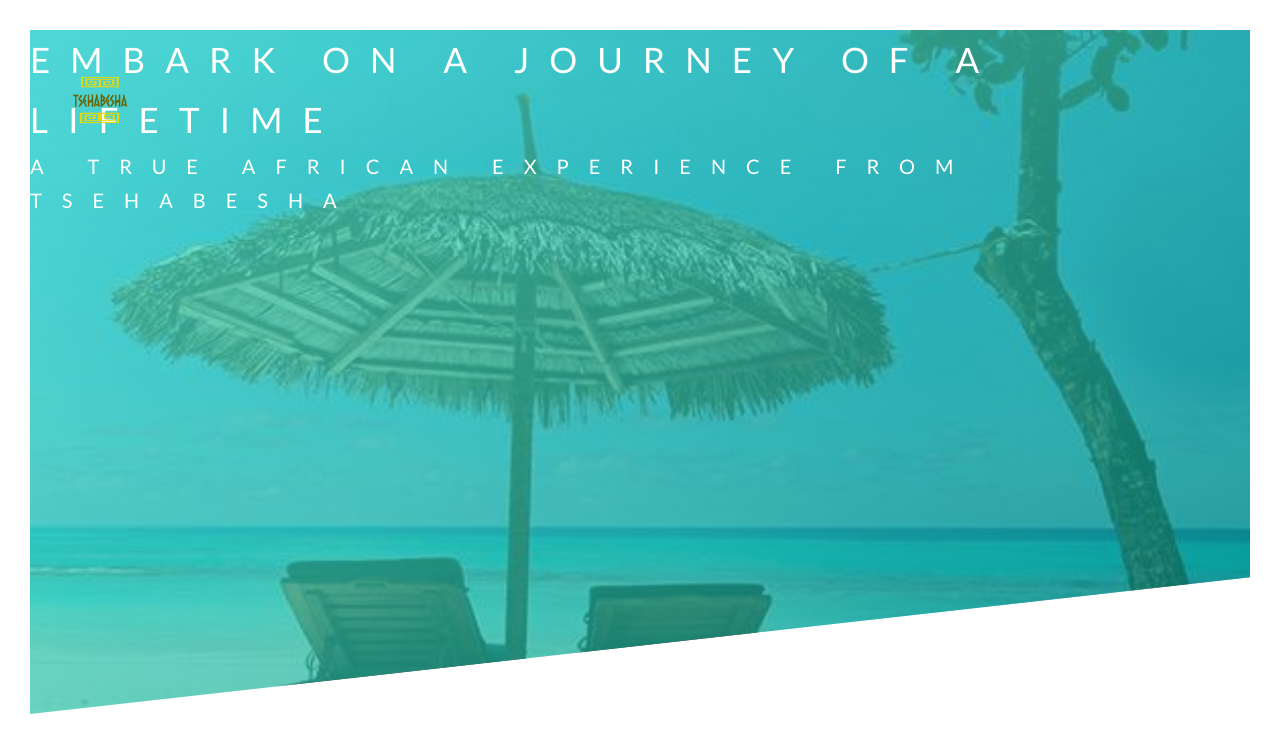
Repository: Azariagmt/tour-and-travel
Page: index.html
These files come from the project's save history. The page is drawn as it stood at one moment and after the next save; the edit follows.
The browser window is 1280 px wide. The pictures show the whole page.

Above is the page before, as saved 2020-03-24 17:01:12.

After the next save:
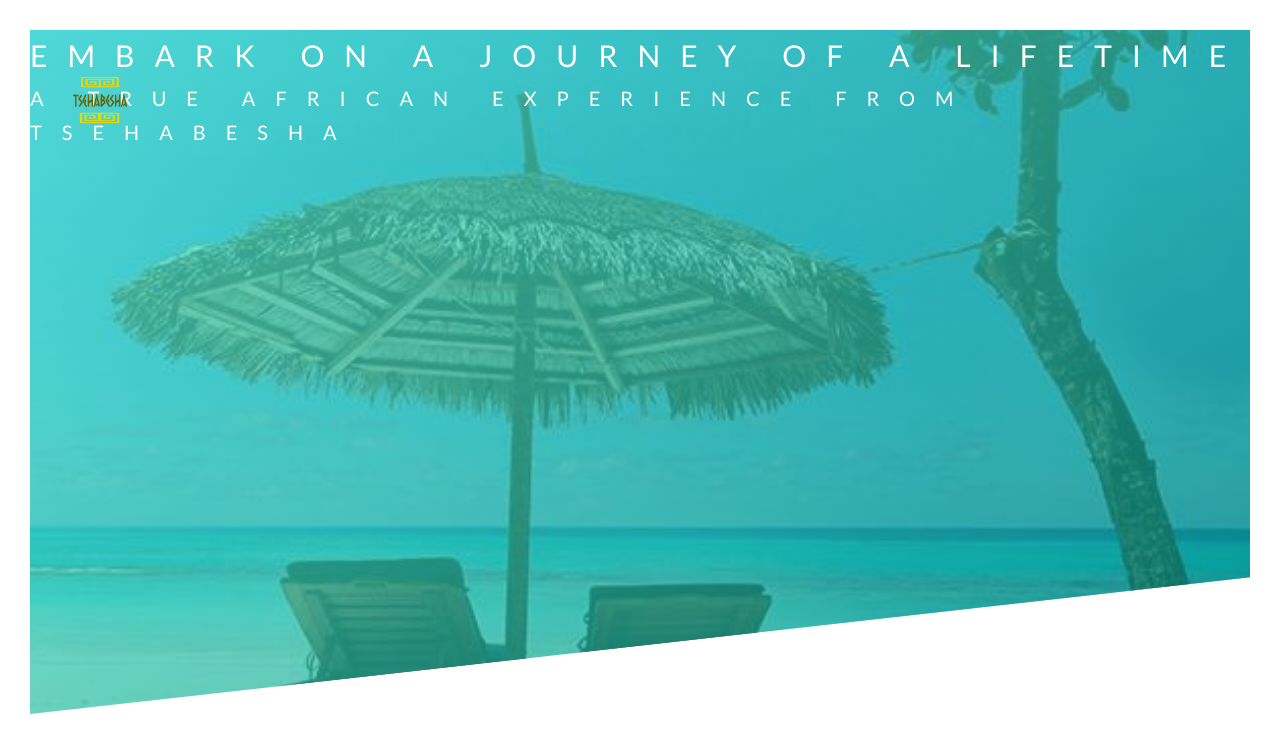
Saved 10 s later.
--- a/css/style.css
+++ b/css/style.css
@@ -40,7 +40,7 @@ body {
 
 .heading-primary-main{
   display: block;
-  font-size: 35px;
+  font-size: 30px;
   font-weight: 400;
   letter-spacing: 20px;
 }
